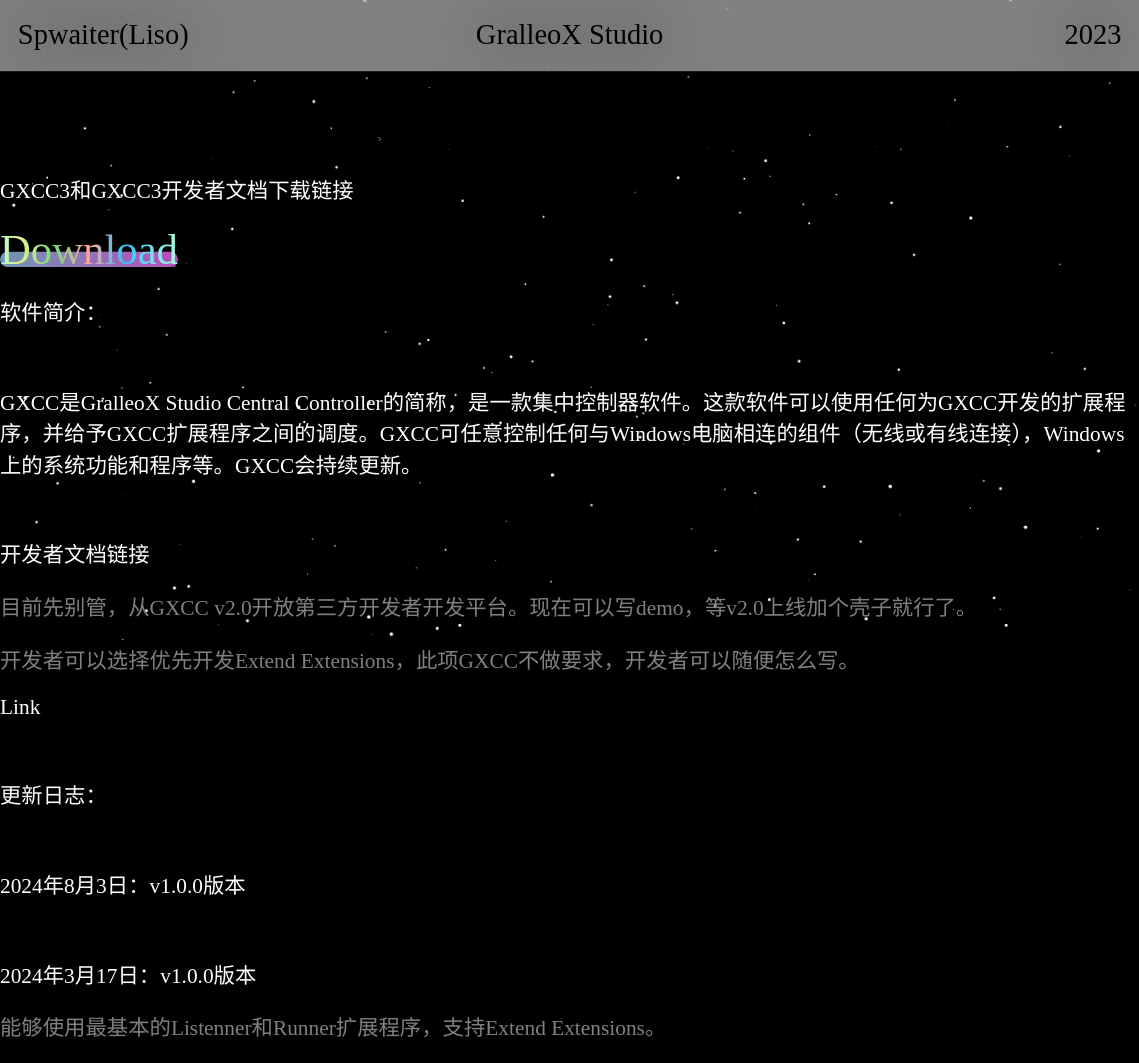
Repository: Lisu-Liso/page
Page: GXCC/index.html
An editor plug-in stored every save of this project. The page is shown before and after the next save, followed by the edit.
The browser window is 1280 px wide. The pictures show the whole page, at 89% of full size.

Above is the page before, as saved 2024-08-04 08:50:58.

### GXCC/index.html
<!DOCTYPE html>
<html lang="zh">
    <head>
        <meta http-equiv="Content-Type" content="text/html;charset=utf-8">
        <title>GXCC - GralleoX Studio</title>
        <link rel="stylesheet" type="text/css" href="./header.css">
        <link rel="stylesheet" type="text/css" href="./orientation.css">
        <link rel="shortcut icon" href="./GralleoX logo v2 web.ico">
        <style>
            body{
                overflow        : scroll;
                background-color: black;
                top             : 0;
                bottom          : 0;
                left            : 0;
                right           : 0;
                margin-top      : 100px;
                margin-bottom   : 0;
                margin-left     : 0;
                margin-right    : 0;
                user-select     : none;
            }
            ::-webkit-scrollbar{display: none;}
            .getin_screen{
                position        : fixed;
                top             : 0;
                bottom          : 0;
                left            : 0;
                right           : 0;
                background-color: rgba(0,0,0,0);
                color           : rgba(0,0,0,0);
                animation       : getinanimation 4s ease-in-out;
                text-align      : center;
                display         : table-cell;
            }
            @keyframes getinanimation{
                0% {
                    background-color       : rgba(255,255,255,1);
                    color                  : black;
                    backdrop-filter        : blur(15px);
                    -webkit-backdrop-filter: blur(15px);
                }
                40% {
                    background-color       : rgba(255,255,255,0.5);
                    color                  : black;
                    backdrop-filter        : blur(15px);
                    -webkit-backdrop-filter: blur(15px);
                }
                70% {
                    background-color       : rgba(255,255,255,0.5);
                    color                  : black;
                    backdrop-filter        : blur(15px);
                    -webkit-backdrop-filter: blur(15px);
                }
                100% {
                    background-color       : rgba(0,0,0,0);
                    color                  : rgba(0,0,0,0);
                    backdrop-filter        : blur(0px);
                    -webkit-backdrop-filter: blur(0px);
                }
            }
            .download_block{
                position               : fixed;
                top                    : 100px;
                left                   : 100px;
                right                  : 100px;
                bottom                 : 100px;
                margin-top             : 10px;
                margin-left            : 10px;
                margin-right           : 10px;
                margin-bottom          : 10px;
                background-color       : rgba(255,255,255,0.5);
                backdrop-filter        : blur(15px);
                -webkit-backdrop-filter: blur(15px);
                border-radius          : 100px;
                box-shadow             : 0 20px 50px rgba(0,0,0,0.2);
            }
            @keyframes blockout{
                0% {
                    background-color       : rgba(255,255,255,0);
                    backdrop-filter        : blur(0px);
                    -webkit-backdrop-filter: blur(0px);
                    box-shadow             : 0 20px 50px rgba(0,0,0,0);
                    opacity                : 0;
                }
                100% {
                    background-color       : rgba(255,255,255,0.5);
                    backdrop-filter        : blur(15px);
                    -webkit-backdrop-filter: blur(15px);
                    box-shadow             : 0 20px 50px rgba(0,0,0,0.2);
                    opacity                : 1;
                }
            }
            @keyframes blockquite{
                0% {
                    background-color       : rgba(255,255,255,0.5);
                    backdrop-filter        : blur(15px);
                    -webkit-backdrop-filter: blur(15px);
                    box-shadow             : 0 20px 50px rgba(0,0,0,0.2);
                    opacity                : 1;
                }
                100% {
                    background-color       : rgba(255,255,255,0);
                    backdrop-filter        : blur(0px);
                    -webkit-backdrop-filter: blur(0px);
                    box-shadow             : 0 20px 50px rgba(0,0,0,0);
                    opacity                : 0;
                }
            }
            .header-float{
                position: fixed;
                top     : 0;
                left    : 0;
                right   : 0;
                width   : 100%;
            }
            .black_board{
                position               : fixed;
                top                    : 80px;
                left                   : 0;
                right                  : 0;
                bottom                 : 0;
                margin-top             : 0;
                margin-left            : 0;
                margin-right           : 0;
                margin-bottom          : 0;
                backdrop-filter        : blur(15px);
                -webkit-backdrop-filter: blur(15px);
                background-color       : rgba(0,0,0,0.3);
            }
            @keyframes boardout{
                0% {
                    backdrop-filter        : blur(0px);
                    -webkit-backdrop-filter: blur(0px);
                    background-color       : rgba(0,0,0,0);
                }
                100% {
                    backdrop-filter        : blur(15px);
                    -webkit-backdrop-filter: blur(15px);
                    background-color       : rgba(0,0,0,0.3);
                }
            }
            @keyframes boardquite{
                0% {
                    backdrop-filter        : blur(15px);
                    -webkit-backdrop-filter: blur(15px);
                    background-color       : rgba(0,0,0,0.3);
                }
                100% {
                    backdrop-filter        : blur(0px);
                    -webkit-backdrop-filter: blur(0px);
                    background-color       : rgba(0,0,0,0);
                }
            }
            .newbutton{
                background   : linear-gradient(75deg,rgba(145, 202, 240, 0.75),rgba(248, 102, 248, 0.75));
                border-radius: 20px;
                text-align   : center;
                cursor       : pointer;
            }
            :root {
                --rainbow-gradient: linear-gradient(-90deg,#adfbda 0,#35c3ff 30%,#fda399 50%,#76d880 70%,#ebf38b 90%,#adfbda 100%);
            }
            .article-header--title {
                background-image       : var(--rainbow-gradient,#fff);
                background-size        : 100%;
                background-repeat      : repeat;
                background-clip        : text;
                -webkit-background-clip: text;
                -webkit-text-fill-color: transparent;
                -moz-background-clip   : text;
                -moz-text-fill-color   : transparent;
                filter                 : drop-shadow(0 0 2rpx #000);
                text-shadow            : none!important;
                cursor                 : pointer;
            }
            a{
                text-decoration: none;
            }
            font{
                cursor : default;
            }
            .backgroundimage{
                position: fixed;
                top     : 0;
                left    : 0;
                right   : 0;
                width   : 100%;
                height  : 100%;
                z-index: -1;
            }
            .normaltext{
                font-size: 18pt;
                color:white;
            }
        </style>
    </head>
    <body>
        <canvas id="bgCanvas" class="backgroundimage"></canvas>
        <script>
            // 获取画布
            var canvas = document.getElementById('bgCanvas');
            var ctx = canvas.getContext('2d');

            // 设置画布尺寸与窗口大小一致
            canvas.width = window.innerWidth;
            canvas.height = window.innerHeight;

            // 创建一个数组用于存储星星的信息
            var stars = [];

            // 创建星星对象
            function Star(x, y, radius, color, speed) {
                this.x = x;
                this.y = y;
                this.radius = radius;
                this.color = color;
                this.speed = speed;
            }

            // 初始化星星
            function init() {
                for (var i = 0; i < 200; i++) {
                    var x = Math.random() * canvas.width;
                    var y = Math.random() * canvas.height;
                    var radius = Math.random() * 2;
                    var color = 'white';
                    var speed = Math.random() * 0.5;

                    stars.push(new Star(x, y, radius, color, speed));
                }
            }

            // 绘制星星
            function drawStars() {
                ctx.clearRect(0, 0, canvas.width, canvas.height);

                for (var i = 0; i < stars.length; i++) {
                    var star = stars[i];

                    ctx.beginPath();
                    ctx.arc(star.x, star.y, star.radius, 0, Math.PI * 2);
                    ctx.fillStyle = star.color;
                    ctx.fill();
                }
            }

            // 更新星星位置
            function updateStars() {
                for (var i = 0; i < stars.length; i++) {
                    var star = stars[i];

                    star.x += star.speed;

                    if (star.x > canvas.width) {
                        star.x = 0;
                    }
                }
            }

            // 动画循环
            function animate() {
                requestAnimationFrame(animate);

                drawStars();
                updateStars();
            }

            // 初始化并启动动画
            init();
            animate();
        </script>
        <div style="text-align:center;top:0;left:0;right:0;"><font size="7">这里是GXCC中文官网！</font></div>
        <p class="normaltext">GXCC3和GXCC3开发者文档下载链接</p>
        <a class="newbutton" onclick="join_us()"><font class="article-header--title" size="7">Download</font></a>
        <div class="black_board" id="bb"></div>
        <div class="download_block" id="download_block">
            <div style="text-align: center">
                <a class="newbutton" onclick="close_download_block()"><font class="article-header--title" size="7">点击关闭此框</font></a>
            </div>
            <div style="margin-left: 1cm;">
                <font size="7" color="black">这里是下载链接（最新版本）</font>
                <br>
                <font size="7" color="grey">历史版本</font>
                <font size="7" color="red">暂时</font>
                <font size="7" color="grey">不支持下载</font>
                <br>
                <font class="normaltext" color="red">如果杀毒软件报告有病毒请忽略，此软件已经经过Microsoft Defender检测，360纯属误报。</font>
                <br>
                <a class="normaltext" href="https://github.com/Lisu-Liso/GXCC/releases/tag/GXCC3">Link</a>
            </div>
        </div>
        <br>
        <p class="normaltext">软件简介：</p>
        <br>
        <p class="normaltext">GXCC是GralleoX Studio Central Controller的简称，是一款集中控制器软件。这款软件可以使用任何为GXCC开发的扩展程序，并给予GXCC扩展程序之间的调度。GXCC可任意控制任何与Windows电脑相连的组件（无线或有线连接），Windows上的系统功能和程序等。GXCC会持续更新。</p>
        <br>
        <p class="normaltext">开发者文档链接</p>
        <p class="normaltext" style="color: gray;">目前先别管，从GXCC v2.0开放第三方开发者开发平台。现在可以写demo，等v2.0上线加个壳子就行了。</p>
        <p class="normaltext" style="color: gray;">开发者可以选择优先开发Extend Extensions，此项GXCC不做要求，开发者可以随便怎么写。</p>
        <a href="./GXCC_devloper_document.html" target="_blank"><p class="normaltext">Link</p></a>
        <br>
        <p class="normaltext">更新日志：</p>
        <br>
        <p class="normaltext">2024年8月3日：v1.0.0版本</p>
        <p class="normaltext" style="color: grey;"></p>
        <br>
        <p class="normaltext">2024年3月17日：v1.0.0版本</p>
        <p class="normaltext" style="color: grey;">能够使用最基本的Listenner和Runner扩展程序，支持Extend Extensions。</p>
        <div class="headerblock">
            <div class="centertext"><font size="6">GralleoX Studio</font></div>
            <div class="lefttext"><font size="6">Spwaiter(Liso)</font></div>
            <div class="righttext"><font size="6">2023</font></div>
        </div>
        <div class="getin_screen" id="getin">
            <font size="7" id="getintext">网站正在加载，请稍后...</font>
        </div>
    </body>
    <script type="text/javascript">
        let t = document.getElementById("download_block");
        t.style.display = "none";

        t = document.getElementById("bb");
        t.style.display = "none";
    </script>
    <script type="text/javascript">
        setTimeout(function(){
            let t = document.getElementById("getintext");
            t.innerHTML = "网站加载完毕，即将进入网站。";
            setTimeout(function(){
                let t = document.getElementById("getin");
                t.style.display = "none";
            },2000);
        },2000);
        function join_us(){
            let t = document.getElementById("download_block");
            t.style.display = "block";
            t.style.animation = "blockout 0.5s ease-in-out";

            t = document.getElementById("bb");
            t.style.display = "block";
            t.style.animation = "boardout 0.5s ease-in-out";
        }
        function close_download_block(){
            let t = document.getElementById("download_block");
            t.style.animation = "blockquite 0.5s ease-in-out";

            t = document.getElementById("bb");
            t.style.animation = "boardquite 0.5s ease-in-out";
            setTimeout(function(){
                let t = document.getElementById("download_block");
                t.style.display = "none";

                t = document.getElementById("bb");
                t.style.display = "none";
            },500);
        }
    </script>
</html>

### GXCC/header.css
.headerblock{
    position               : fixed;
    top                    : 0px;
    left                   : 0px;
    right                  : 0px;
    margin-top             : 0px;
    margin-left            : 0px;
    margin-right           : 0px;
    width                  : 100%;
    height                 : 80px;
    background-color       : rgba(255,255,255,0.5);
    backdrop-filter        : blur(10px);
    -webkit-backdrop-filter: blur(10px);
    box-shadow             : 0 20px 50px rgba(0,0,0,0.2);
    align-items            : center;
}
.centertext{
    position    : fixed;
    top         : 0;
    left        : 0;
    right       : 0;
    margin-top  : 20px;
    margin-left : 20px;
    margin-right: 20px;
    text-align  : center;
    filter      : drop-shadow(0 0 2rem #000);
    text-shadow : none!important;
    color       : black;
}
.lefttext{
    position    : fixed;
    top         : 0;
    left        : 0;
    right       : 0;
    margin-top  : 20px;
    margin-left : 20px;
    margin-right: 20px;
    text-align  : left;
    filter      : drop-shadow(0 0 2rem #000);
    text-shadow : none!important;
    color       : black;
}
.righttext{
    position    : fixed;
    top         : 0;
    left        : 0;
    right       : 0;
    margin-top  : 20px;
    margin-left : 20px;
    margin-right: 20px;
    text-align  : right;
    filter      : drop-shadow(0 0 2rem #000);
    text-shadow : none!important;
    color       : black;
}

### orientation.css
i{
    border: solid black;
    border-width: 0 3px 3px 0;
    display: inline-block;
    padding: 3px;
}
.right{
    transform: rotate(-45deg);
    -webkit-transform: rotate(-45deg);
}

.left{
    transform: rotate(135deg);
    -webkit-transform: rotate(135deg);
}

.up{
    transform: rotate(-135deg);
    -webkit-transform: rotate(-135deg);
}

.down{
    transform: rotate(45deg);
    -webkit-transform: rotate(45deg);
}

After the next save:
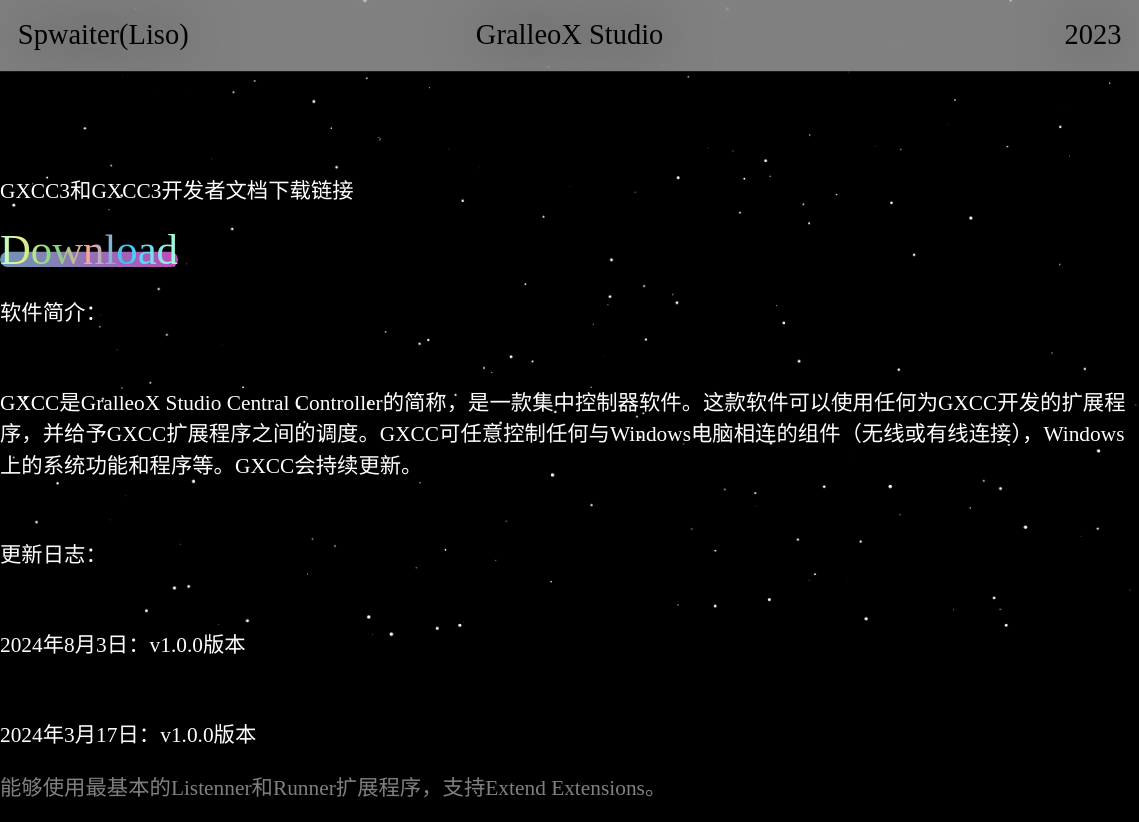
Saved 49 s later.
--- a/GXCC/index.html
+++ b/GXCC/index.html
@@ -295,11 +295,6 @@
         <br>
         <p class="normaltext">GXCC是GralleoX Studio Central Controller的简称，是一款集中控制器软件。这款软件可以使用任何为GXCC开发的扩展程序，并给予GXCC扩展程序之间的调度。GXCC可任意控制任何与Windows电脑相连的组件（无线或有线连接），Windows上的系统功能和程序等。GXCC会持续更新。</p>
         <br>
-        <p class="normaltext">开发者文档链接</p>
-        <p class="normaltext" style="color: gray;">目前先别管，从GXCC v2.0开放第三方开发者开发平台。现在可以写demo，等v2.0上线加个壳子就行了。</p>
-        <p class="normaltext" style="color: gray;">开发者可以选择优先开发Extend Extensions，此项GXCC不做要求，开发者可以随便怎么写。</p>
-        <a href="./GXCC_devloper_document.html" target="_blank"><p class="normaltext">Link</p></a>
-        <br>
         <p class="normaltext">更新日志：</p>
         <br>
         <p class="normaltext">2024年8月3日：v1.0.0版本</p>
